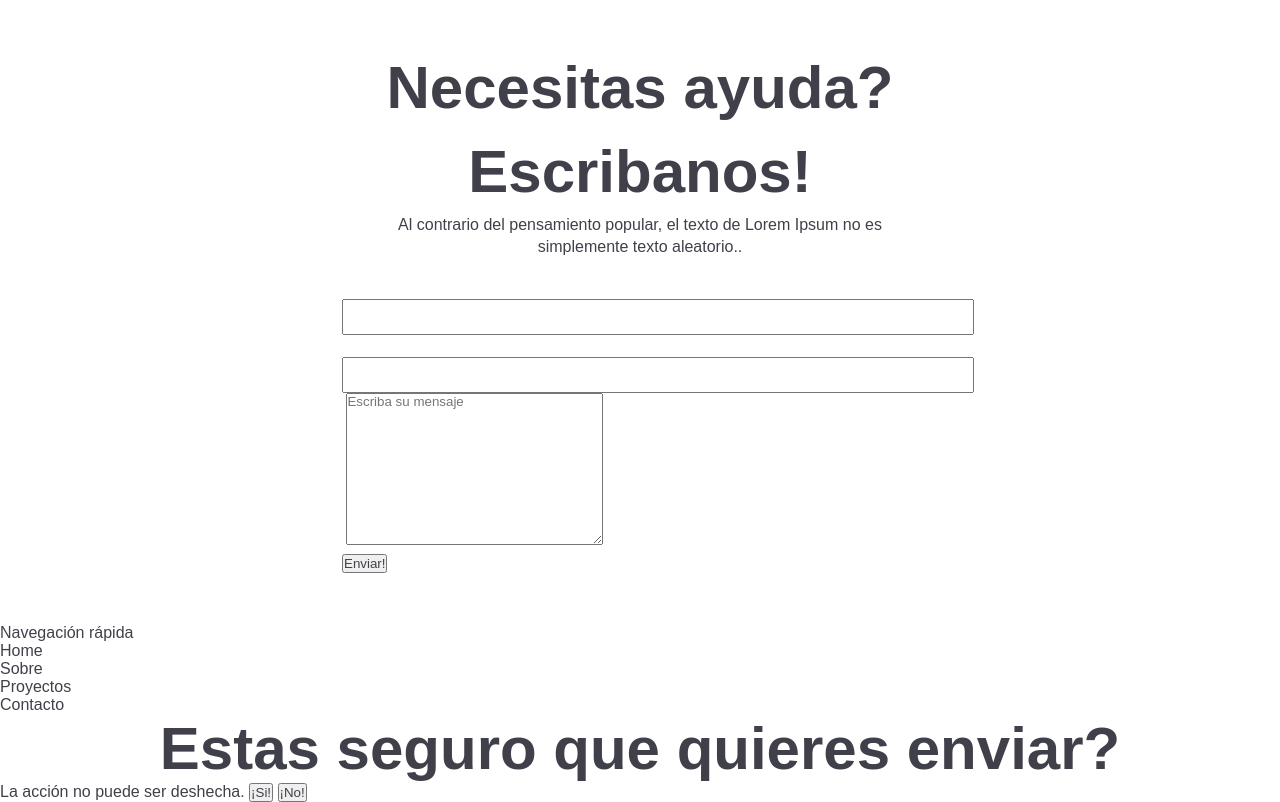
Repository: robsonmarkes/accesibilidad
Page: index.html
The author's editor kept a copy of each file at every save. The page is drawn from the files as they stood at one save, then again after the next save.
The browser window is 1280 px wide. The pictures show the part of the page from y = 1369 to 2171 px (the page is 2171 px tall before and 2075 px after).
A picture or video elsewhere on the page could not be fetched, so the positions and the page height are approximate.

Above is the page before, as saved 2022-10-11 10:54:16.

After the next save:
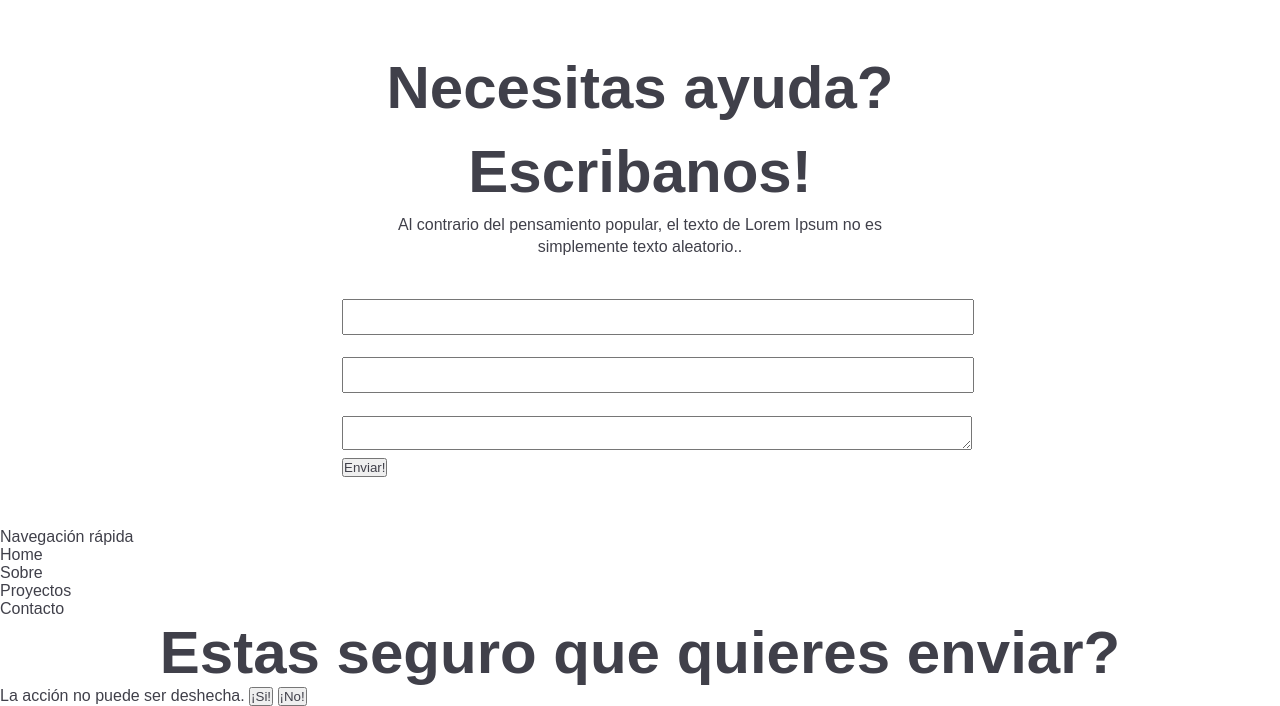
Saved 20 s later.
--- a/style.css
+++ b/style.css
@@ -143,7 +143,7 @@ body a:hover {
     font-size: 0px;
 }
 
-.wrap .content .article form .form-group input {
+.wrap .content .article form .form-group input, .wrap .content .article form .form-group textarea {
     width: 100%;
     padding: 1rem;
     font-size: 0px;
